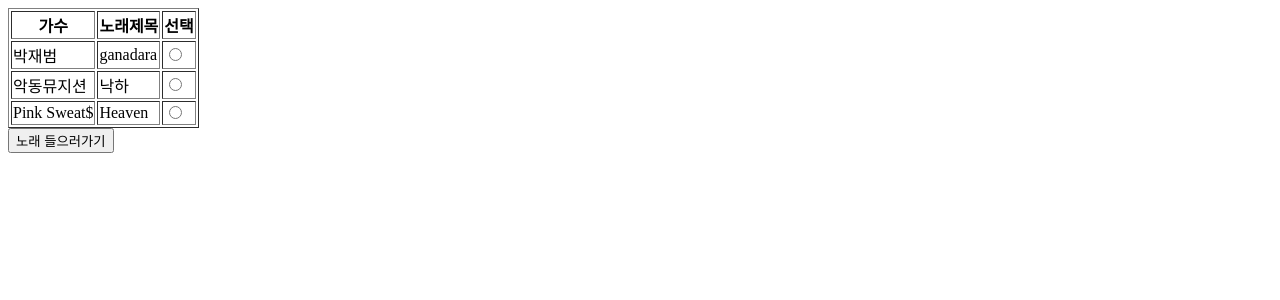
Repository: SimpleRan/jsp_paractice2
Page: http://localhost/JSPBasic/jspobject/qiuz/music.jsp
An editor plug-in stored every save of this project. The page is shown before and after the next save, followed by the edit.
The browser window is 1280 px wide. The pictures show the whole page.
The page is served by Tomcat 9.

Above is the page before, as saved 2022-03-28 09:46:51.

### JSPBasic/src/main/webapp/jspobject/qiuz/music.jsp
<%@ page language="java" contentType="text/html; charset=UTF-8"
    pageEncoding="UTF-8"%>
<!DOCTYPE html>
<html>
<head>
<meta charset="UTF-8">
<title>Insert title here</title>
</head>
<body>
<!-- music.jsp  에는 테이블 형태로 가수, 노래제목, checkbox를 두시고
곡은 3곡이상 두세요. music_result.jsp에서는 music.jsp에서 보낸 노래제목을 받아서 감지한다음
유튜브 영상 주로로 리다이렉트 시키게 해주세요. -->
	<form aciton = "music_result.jsp" method="post">
	 <table border ="1">
	  <thead>
	    <th> 가수 </th>
	    <th> 노래제목 </th>
	    <th> 선택 </th>
	  </thead>
	  <tbody>
	   <tr>
	    <td>박재범</td>
	    <td>ganadara</td>
	    <td><input type="radio" name="music" value="ganadara"> &nbsp; </td>
	   </tr>
	   <tr>
	    <td>악동뮤지션</td>
	    <td>낙하</td>
	    <td><input type="radio" name="music" value="낙하"> &nbsp; </td>
	   </tr>
	   <tr>
	    <td>Pink Sweat$</td>
	    <td>Heaven</td>
	    <td><input type="radio" name="music" value="낙하"> &nbsp; </td>
	   </tr>
	  </tbody>
	 </table>

	 <input type= "submit"  value="노래 들으러가기"/>
	</form>
</body>
</html>

After the next save:
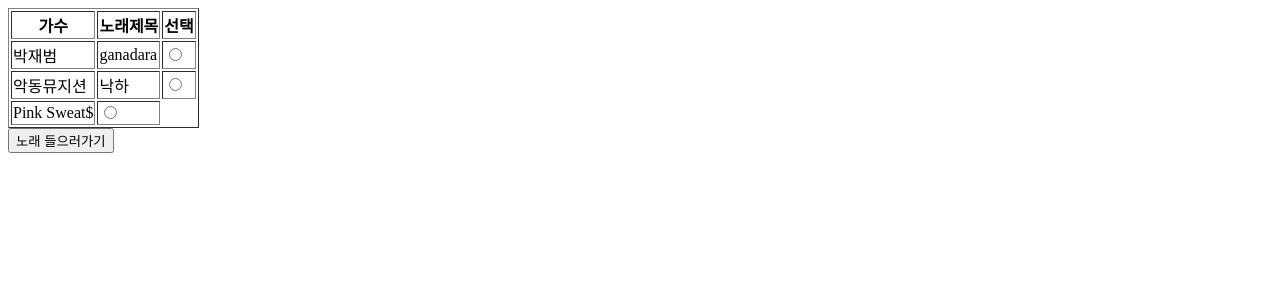
Saved 10 s later.
--- a/JSPBasic/src/main/webapp/jspobject/qiuz/music.jsp
+++ b/JSPBasic/src/main/webapp/jspobject/qiuz/music.jsp
@@ -30,8 +30,7 @@
 	   </tr>
 	   <tr>
 	    <td>Pink Sweat$</td>
-	    <td>Heaven</td>
-	    <td><input type="radio" name="music" value="낙하"> &nbsp; </td>
+	    <td><input type="radio" name="music" value="Heaven"> &nbsp; </td>
 	   </tr>
 	  </tbody>
 	 </table>

After the save that followed:
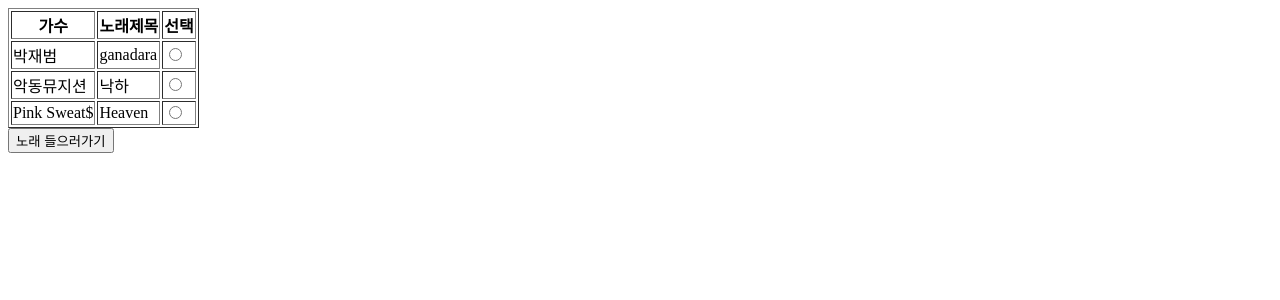
Saved 14 s later.
--- a/JSPBasic/src/main/webapp/jspobject/qiuz/music.jsp
+++ b/JSPBasic/src/main/webapp/jspobject/qiuz/music.jsp
@@ -30,6 +30,7 @@
 	   </tr>
 	   <tr>
 	    <td>Pink Sweat$</td>
+	    <td>Heaven</td>
 	    <td><input type="radio" name="music" value="Heaven"> &nbsp; </td>
 	   </tr>
 	  </tbody>
